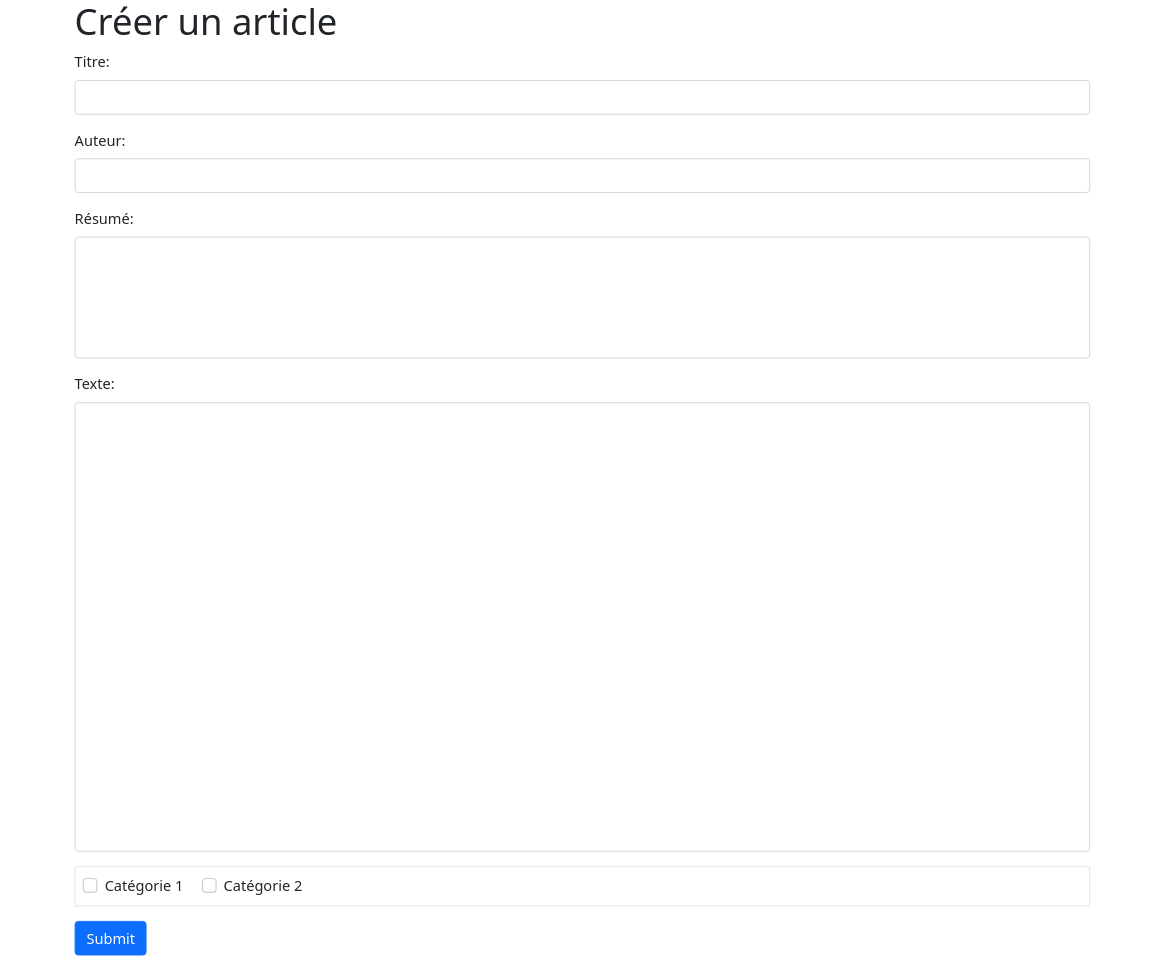
Repository: QuentinFayt/NewsWeb
Page: sources/adminNewsWeb/createArticle.html
The author's editor kept a copy of each file at every save. The page is drawn from the files as they stood at one save, then again after the next save.
The browser window is 1280 px wide. The pictures show the whole page, at 91% of full size.

Above is the page before, as saved 2021-12-23 11:18:44.

### sources/adminNewsWeb/createArticle.html
<!doctype html>
<html lang="fr">

<head>
    <!-- Required meta tags -->
    <meta charset="utf-8">
    <meta name="viewport" content="width=device-width, initial-scale=1">

    <!-- Bootstrap CSS -->
    <link href="https://cdn.jsdelivr.net/npm/bootstrap@5.1.3/dist/css/bootstrap.min.css" rel="stylesheet" integrity="sha384-1BmE4kWBq78iYhFldvKuhfTAU6auU8tT94WrHftjDbrCEXSU1oBoqyl2QvZ6jIW3" crossorigin="anonymous">

    <title>Créer un article</title>
</head>

<body>
    <main class="container">
        <h1>Créer un article</h1>
        <form>
            <div class="mb-3">
                <label for="titre" class="form-label">Titre:</label>
                <input name="title" type="text" class="form-control" id="titre" required>
            </div>
            <div class="mb-3">
                <label for="autor" class="form-label">Auteur:</label>
                <input name="autor" type="text" class="form-control" id="autor" required>
            </div>
            <div class="mb-3">
                <label for="summary" class="form-label">Résumé:</label>
                <textarea name="summary" class="form-control" id="summary" rows="5" style="resize: none;" required></textarea>
            </div>
            <div class="mb-3">
                <label for="text" class="form-label">Texte:</label>
                <textarea name="text" class="form-control" id="text" rows="20" style="resize: none;" required></textarea>
            </div>
            <fieldset class="border p-2 mb-3">
                <div class="form-check form-check-inline">
                    <input name="section" class="form-check-input" type="checkbox" id="section1" value="option1">
                    <label class="form-check-label" for="section1">Catégorie 1</label>
                </div>
                <div class="form-check form-check-inline">
                    <input name="section" class="form-check-input" type="checkbox" id="section2" value="option2">
                    <label class="form-check-label" for="section2">Catégorie 2</label>
                </div>
            </fieldset>
            <div class="mb-3">
                <button type="submit" class="btn btn-primary">Submit</button>
            </div>
        </form>
    </main>
    <script src="https://cdn.jsdelivr.net/npm/bootstrap@5.1.3/dist/js/bootstrap.bundle.min.js" integrity="sha384-ka7Sk0Gln4gmtz2MlQnikT1wXgYsOg+OMhuP+IlRH9sENBO0LRn5q+8nbTov4+1p" crossorigin="anonymous"></script>
</body>

</html>

After the next save:
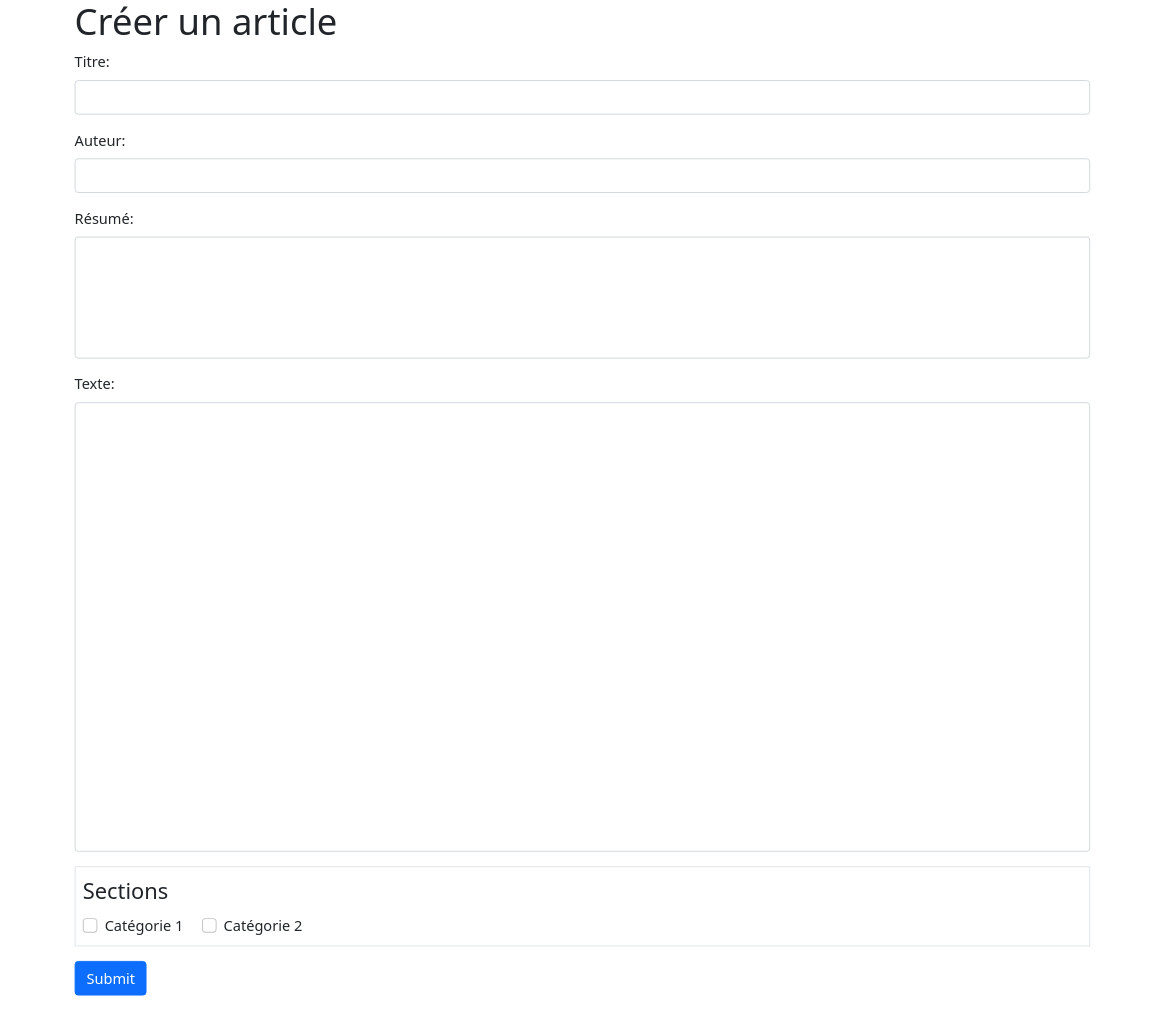
Saved 62 s later.
--- a/sources/adminNewsWeb/createArticle.html
+++ b/sources/adminNewsWeb/createArticle.html
@@ -33,6 +33,7 @@
                 <textarea name="text" class="form-control" id="text" rows="20" style="resize: none;" required></textarea>
             </div>
             <fieldset class="border p-2 mb-3">
+                <legend>Sections</legend>
                 <div class="form-check form-check-inline">
                     <input name="section" class="form-check-input" type="checkbox" id="section1" value="option1">
                     <label class="form-check-label" for="section1">Catégorie 1</label>
